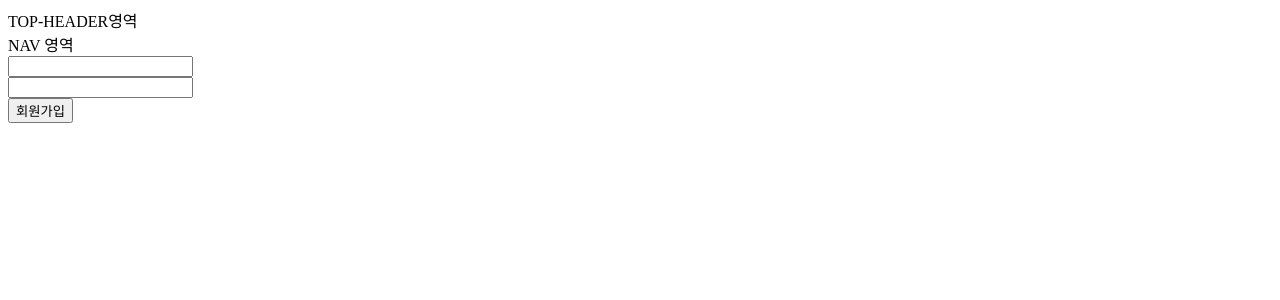
Repository: Leehj9094/JAVA_BOOK-
Page: http://localhost/01JSP/C04/join_form.jsp
These files come from the project's save history. The page is drawn as it stood at one moment and after the next save; the edit follows.
The browser window is 1280 px wide. The pictures show the whole page.
The page is served by Tomcat 9.

Above is the page before, as saved 2025-04-02 07:33:37.

After the next save:
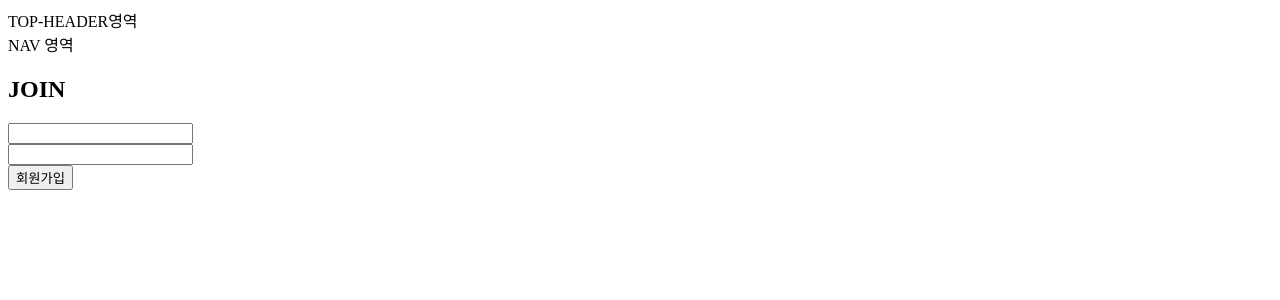
Saved 64 s later.
--- a/JSP/01JSP/src/main/webapp/C04/join_form.jsp
+++ b/JSP/01JSP/src/main/webapp/C04/join_form.jsp
@@ -18,7 +18,7 @@
 		<section>
 
 		<!-- form 태그로 userid password join.jsp 로 회원가입 요청 처리 -->
-
+			<h1>JOIN</h1>
 			<form action="join.jsp" method="post">
 				<input type = "text" name = "userid" /><br>
 				<input type = "text" name = "password" /><br>
